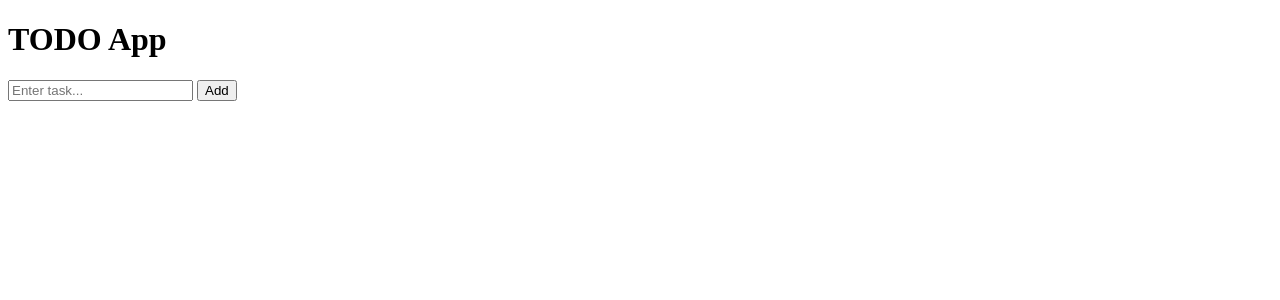
Repository: pawvan/todo_app
Page: markup/tod.html
These files come from the project's save history. The page is drawn as it stood at one moment and after the next save; the edit follows.
The browser window is 1280 px wide. The pictures show the whole page.
Empty fields were first filled with sample values (such as "Sample", 5 or name@example.com).
After loading, the first visible `#add-button` was clicked once.

Above is the page before, as saved 2025-01-07 15:02:57.

### markup/tod.html
<!DOCTYPE html>
<html lang="en">
<head>
    <meta charset="UTF-8">
    <meta name="viewport" content="width=device-width, initial-scale=1.0">
    <title>Todo App</title>
    <script src="../interactivity/todo.js"></script>
</head>
<body>
    <div class="todo-container">
        <h1>TODO App</h1>
        <input type="text" id="todo-input" placeholder="Enter task...">
        <button onclick="addTask()" id="add-button">Add</button>
        <ul id="task-list"></ul>
    </div>

</body>
</html>

### interactivity/todo.js
function addTask() {
    const todoContainer =document.getElementsByClassName('todo-container')
    const taskInput = document.getElementById('todo-input');
    const taskText = taskInput.value.trim();
    const createAlert  = document.createElement('div')
    const taskList = document.getElementById('task-list');
    if (taskText !== '') {
        const li = document.createElement('li');
        li.textContent = taskText;
        taskList.remove(createAlert)
        const completeButton = document.createElement('button');
        completeButton.textContent = 'Complete';
        completeButton.classList.add('complete-btn');
        completeButton.onclick = function() {
            if (li.classList.contains('completed')) {
                li.classList.remove('completed');
                completeButton.textContent = 'Complete';
                li.style.textDecoration="none"
            } else {
                li.classList.add('completed');
                completeButton.textContent = 'Uncomplete';
                li.style.textDecoration="line-through"
            }
        };
        const deleteButton = document.createElement('button');
        deleteButton.textContent = 'x';
        deleteButton.classList.add('delete-btn');
        deleteButton.onclick = function() {
            li.remove();
        };

        li.appendChild(completeButton);
        li.appendChild(deleteButton);
        taskList.appendChild(li);
        taskInput.value = '';
    }
    else{
        createAlert.textContent ="Please enter the task"
        taskList.appendChild(createAlert)

    }
}

After the next save:
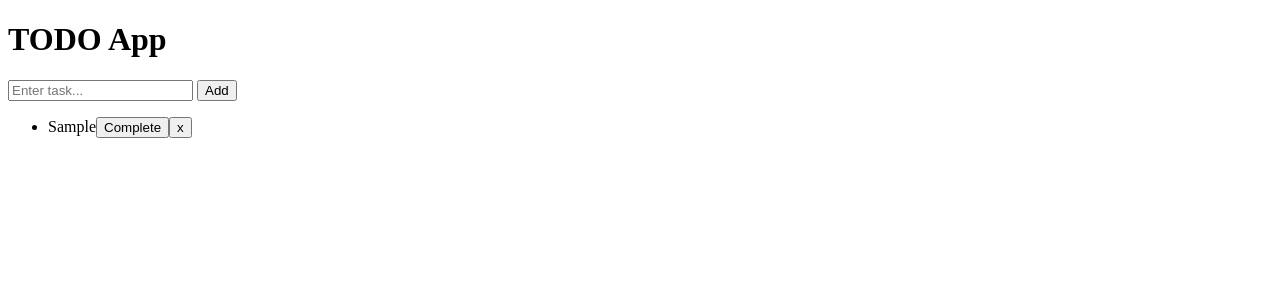
Saved 22 s later.
--- a/interactivity/todo.js
+++ b/interactivity/todo.js
@@ -7,7 +7,6 @@ function addTask() {
     if (taskText !== '') {
         const li = document.createElement('li');
         li.textContent = taskText;
-        taskList.remove(createAlert)
         const completeButton = document.createElement('button');
         completeButton.textContent = 'Complete';
         completeButton.classList.add('complete-btn');
